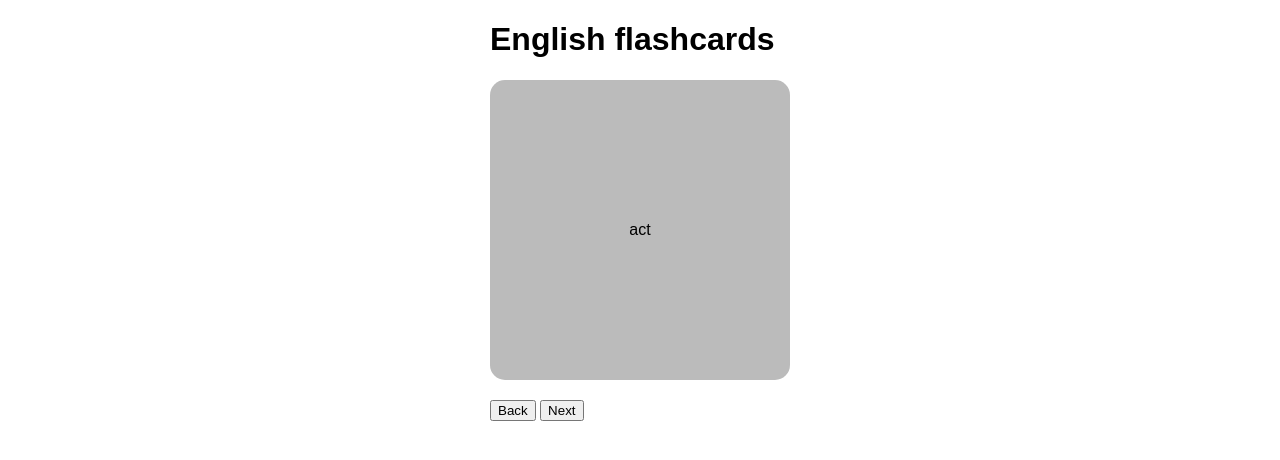
Repository: AdrianGizycki/English-Flashcards
Page: index.html
These files come from the project's save history. The page is drawn as it stood at one moment and after a run of saves; the edit follows.
The browser window is 1280 px wide. The pictures show the whole page.

Above is the page before, as saved 2019-09-15 15:26:23.

After the next 2 saves:
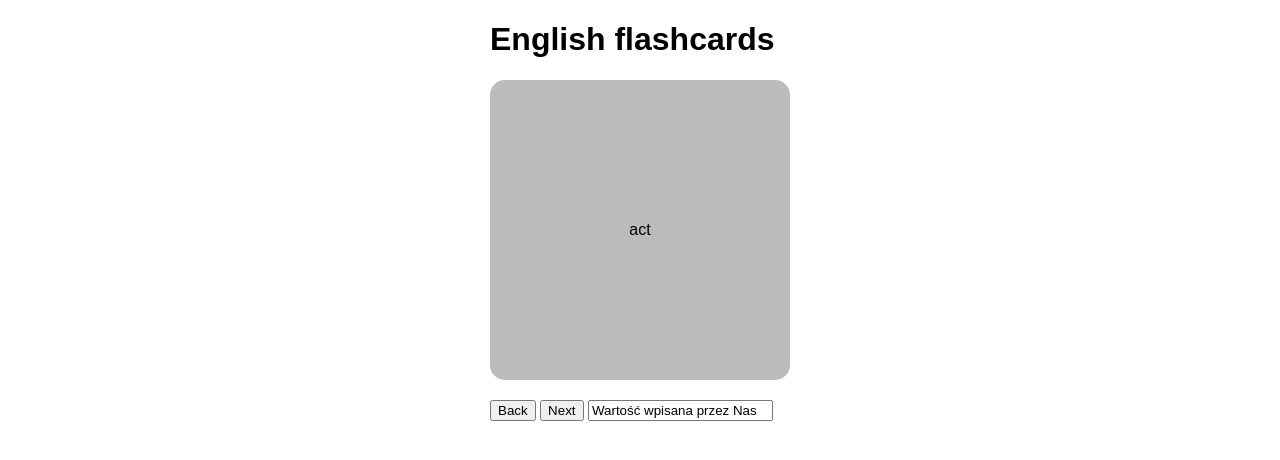
The 2 saves are shown as one change because they came seconds apart.
The last was saved 2 min 34 s later.
--- a/index.html
+++ b/index.html
@@ -23,6 +23,7 @@
                 <button class="btn1">Back</button>
                 <button class="btn2">Next</button>
 
+                <input type="text" value="Wartość wpisana przez Nas">
             </div>
     </div>
     </div>
